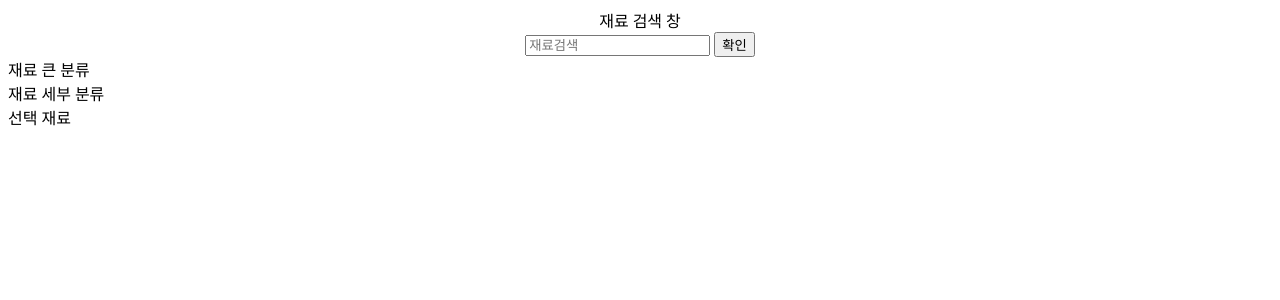
Repository: ahg2656/third_project
Page: http://localhost/third_pro/main.jsp
An editor plug-in stored every save of this project. The page is shown before and after the next save, followed by the edit.
The browser window is 1280 px wide. The pictures show the whole page.
The page is served by Tomcat 9.

Above is the page before, as saved 2018-11-05 08:29:30.

After the next save:
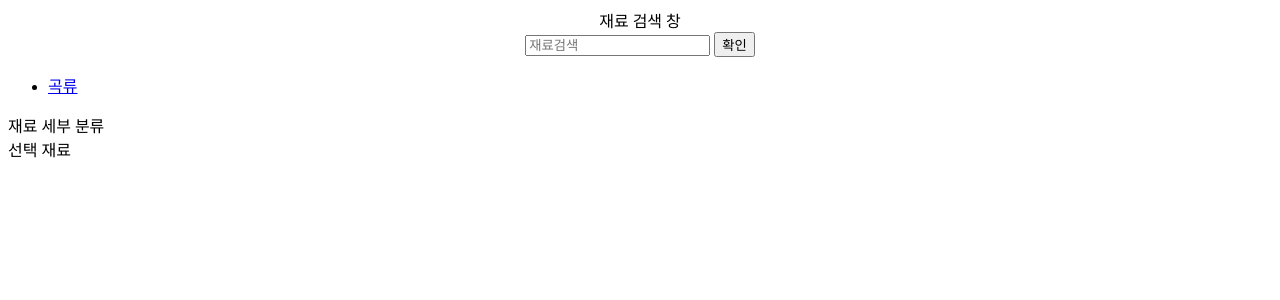
Saved 7 min 42 s later.
--- a/third_project/third_pro/src/main/webapp/main.jsp
+++ b/third_project/third_pro/src/main/webapp/main.jsp
@@ -29,7 +29,9 @@ window.onload= function() {
 </form>
 </div>
 <div class="serch_4" >
-재료 큰 분류
+<ul>
+<li><a href="#">곡류</a></li>
+</ul>
 </div>
 <div class="serch_5">
 재료 세부 분류
